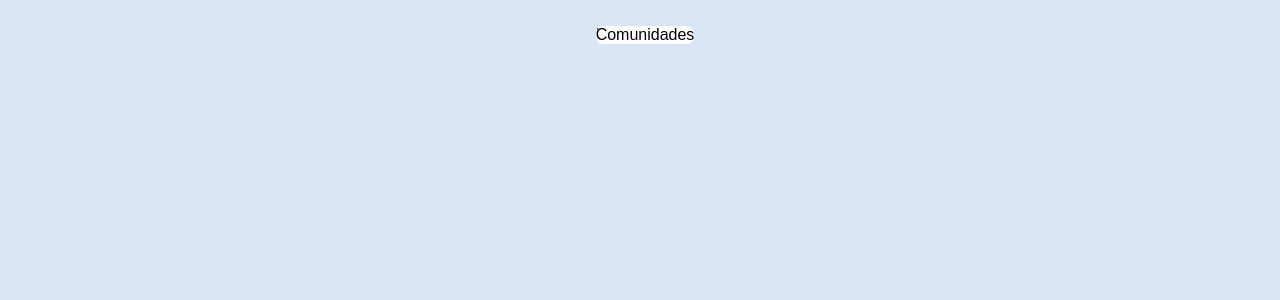
Repository: jminervino/alurakut
Page: /
These files come from the project's save history. The page is drawn as it stood at one moment and after the next save; the edit follows.
The browser window is 1280 px wide. The pictures show the whole page.
The project was rebuilt for these pictures with package versions that can differ from the ones it lists, and the page was loaded fresh each time. The framework's server and built-in components were replaced by stand-ins that run in the browser. Also part of the build but not shown: next.config.js.

Above is the page before, as saved 2022-03-24 10:37:58.

After the next save:
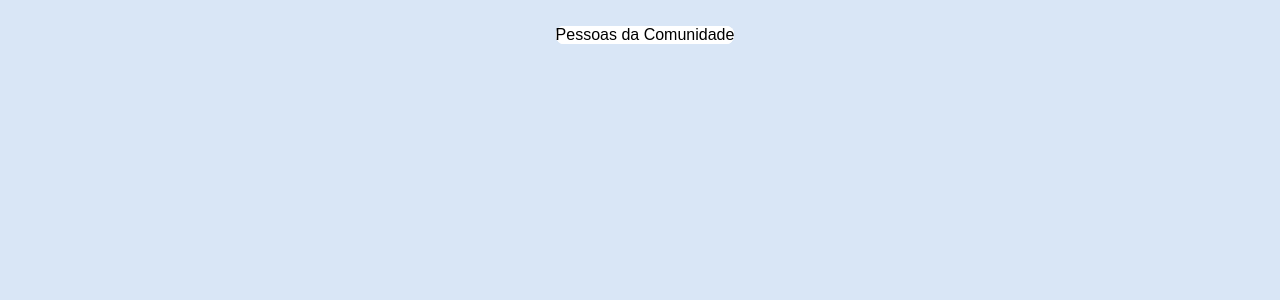
Saved 42 s later.
--- a/pages/index.js
+++ b/pages/index.js
@@ -38,7 +38,7 @@ export default function Home() {
       </div>
       <div style={{ gridArea: 'profileRelationsArea' }}>
         <Box>
-          Comunidades
+          Pessoas da Comunidade
         </Box>
       </div>
     </MainGrid>
